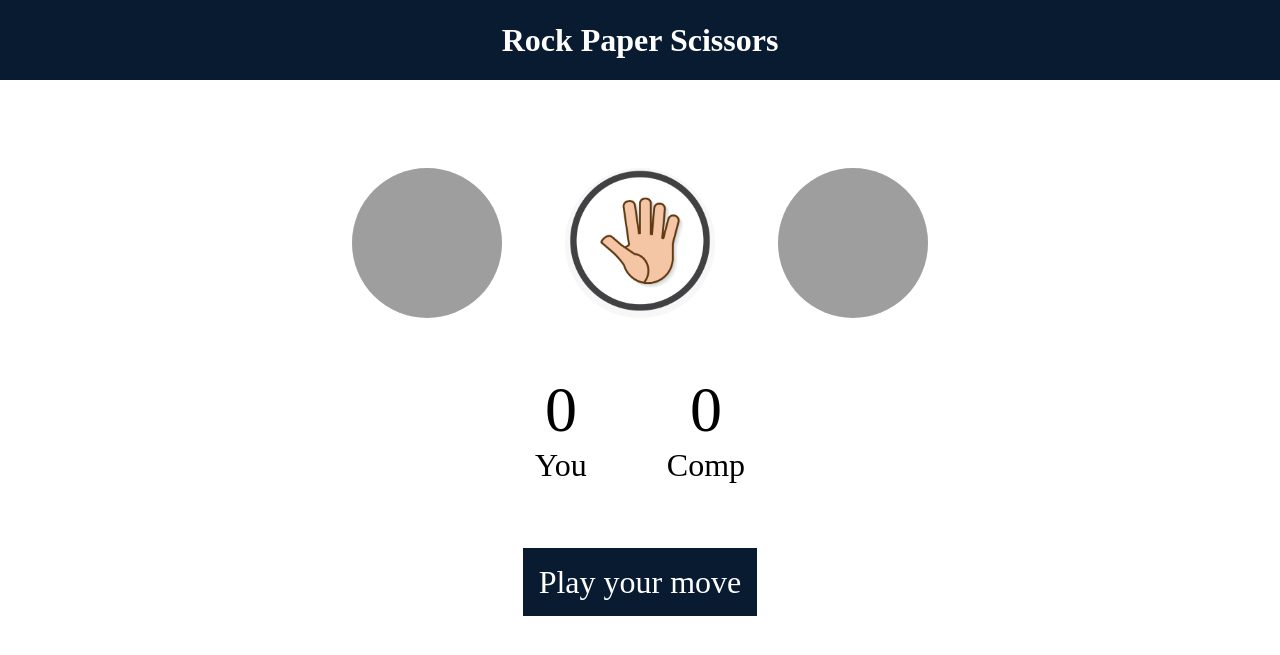
Repository: Mahanandapadavale123/Game
Page: index.html
An editor plug-in stored every save of this project. The page is shown before and after the next save, followed by the edit.
The browser window is 1280 px wide. The pictures show the whole page.
Pictures or frames that could not be fetched are drawn as grey boxes.

Above is the page before, as saved 2025-04-03 11:05:00.

### index.html
<!DOCTYPE html>
<html lang="en">
  <head>
    <meta charset="UTF-8" />
    <meta name="viewport" content="width=device-width, initial-scale=1.0" />
    <title>Rock Paper Scissors Game</title>
    <link rel="stylesheet" href="style.css" />
  </head>
  <body>
    <h1>Rock Paper Scissors</h1>
    <div class="choices">
      <div class="choice" id="rock">
        <img src="D:\Projects\Game\rock.png" />
      </div>
      <div class="choice" id="paper">
        <img src="./images/paper.png" />
      </div>
      <div class="choice" id="scissors">
        <img src="D:\Projects\Game\scissors.png" />
      </div>
    </div>

    <div class="score-board">
      <div class="score">
        <p id="user-score">0</p>
        <p>You</p>
      </div>
      <div class="score">
        <p id="comp-score">0</p>
        <p>Comp</p>
      </div>
    </div>

    <div class="msg-container">
      <p id="msg">Play your move</p>
    </div>
    <script src="app.js"></script>
  </body>
</html>

### style.css
* {
    margin: 0;
    padding: 0;
    text-align: center;
  }

  h1 {
    background-color: #081b31;
    color: #fff;
    height: 5rem;
    line-height: 5rem;
  }

  .choice {
    height: 165px;
    width: 165px;
    border-radius: 50%;
    display: flex;
    justify-content: center;
    align-items: center;
  }

  .choice:hover {
    cursor: pointer;
    background-color: #081b31;
  }

  img {
    height: 150px;
    width: 150px;
    object-fit: cover;
    border-radius: 50%;
  }

  .choices {
    display: flex;
    justify-content: center;
    align-items: center;
    gap: 3rem;
    margin-top: 5rem;
  }

  .score-board {
    display: flex;
    justify-content: center;
    align-items: center;
    font-size: 2rem;
    margin-top: 3rem;
    gap: 5rem;
  }

  #user-score,
  #comp-score {
    font-size: 4rem;
  }

  .msg-container {
    margin-top: 5rem;
  }

  #msg {
    background-color: #081b31;
    color: #fff;
    font-size: 2rem;
    display: inline;
    padding: 1rem;
    border-radius: 1rem;
  }

### app.js
let userScore = 0;
let compScore = 0;

const choices = document.querySelectorAll(".choice");
const msg = document.querySelector("#msg");

const userScorePara = document.querySelector("#user-score");
const compScorePara = document.querySelector("#comp-score");

const genCompChoice = () => {
  const options = ["rock", "paper", "scissors"];
  const randIdx = Math.floor(Math.random() * 3);
  return options[randIdx];
};

const drawGame = () => {
  msg.innerText = "Game was Draw. Play again.";
  msg.style.backgroundColor = "#081b31";
};

const showWinner = (userWin, userChoice, compChoice) => {
  if (userWin) {
    userScore++;
    userScorePara.innerText = userScore;
    msg.innerText = `You win! Your ${userChoice} beats ${compChoice}`;
    msg.style.backgroundColor = "green";
  } else {
    compScore++;
    compScorePara.innerText = compScore;
    msg.innerText =` You lost. ${compChoice} beats your ${userChoice}`;
    msg.style.backgroundColor = "red";
  }
};

const playGame = (userChoice) => {
  //Generate computer choice
  const compChoice = genCompChoice();

  if (userChoice === compChoice) {
    //Draw Game
    drawGame();
  } else {
    let userWin = true;
    if (userChoice === "rock") {
      //scissors, paper
      userWin = compChoice === "paper" ? false : true;
    } else if (userChoice === "paper") {
      //rock, scissors
      userWin = compChoice === "scissors" ? false : true;
    } else {
      //rock, paper
      userWin = compChoice === "rock" ? false : true;
    }
    showWinner(userWin, userChoice, compChoice);
  }
};

choices.forEach((choice) => {
  choice.addEventListener("click", () => {
    const userChoice = choice.getAttribute("id");
    playGame(userChoice);
});
});

After the next save:
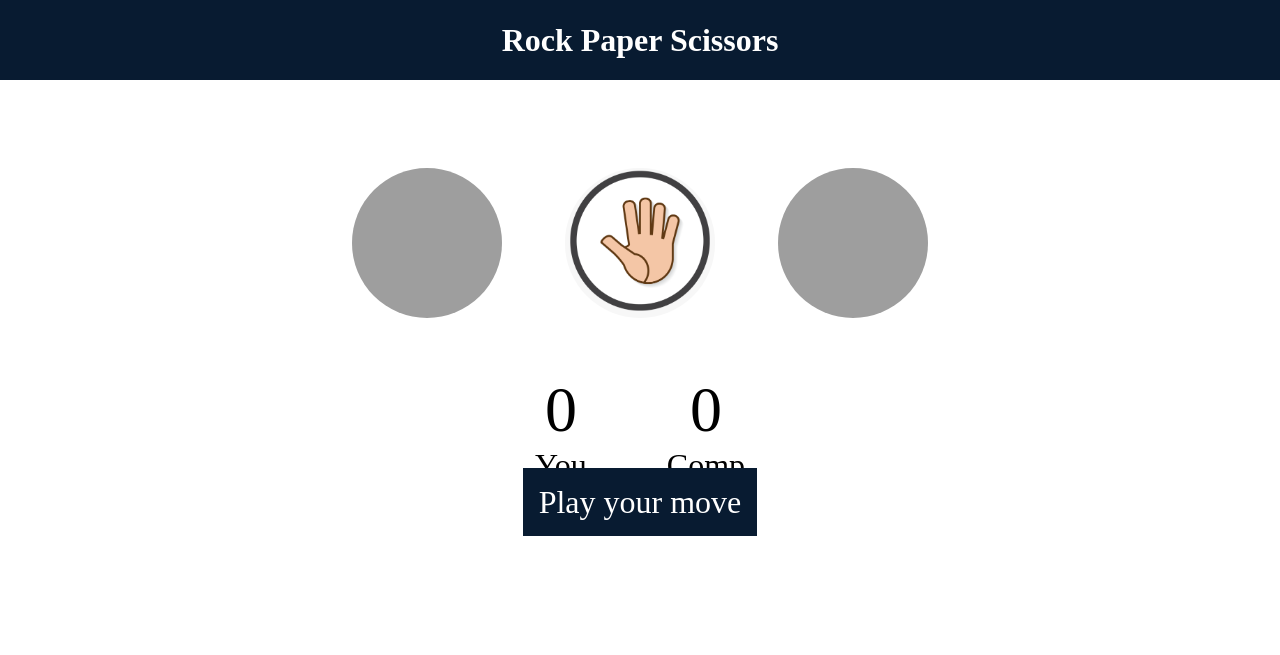
Saved 82 s later.
--- a/style.css
+++ b/style.css
@@ -54,7 +54,8 @@
     font-size: 4rem;
   }
 
-  .msg-container {
+  .msg-container:hover{
+    cursor: pointer;
     margin-top: 5rem;
   }
 

After the save that followed:
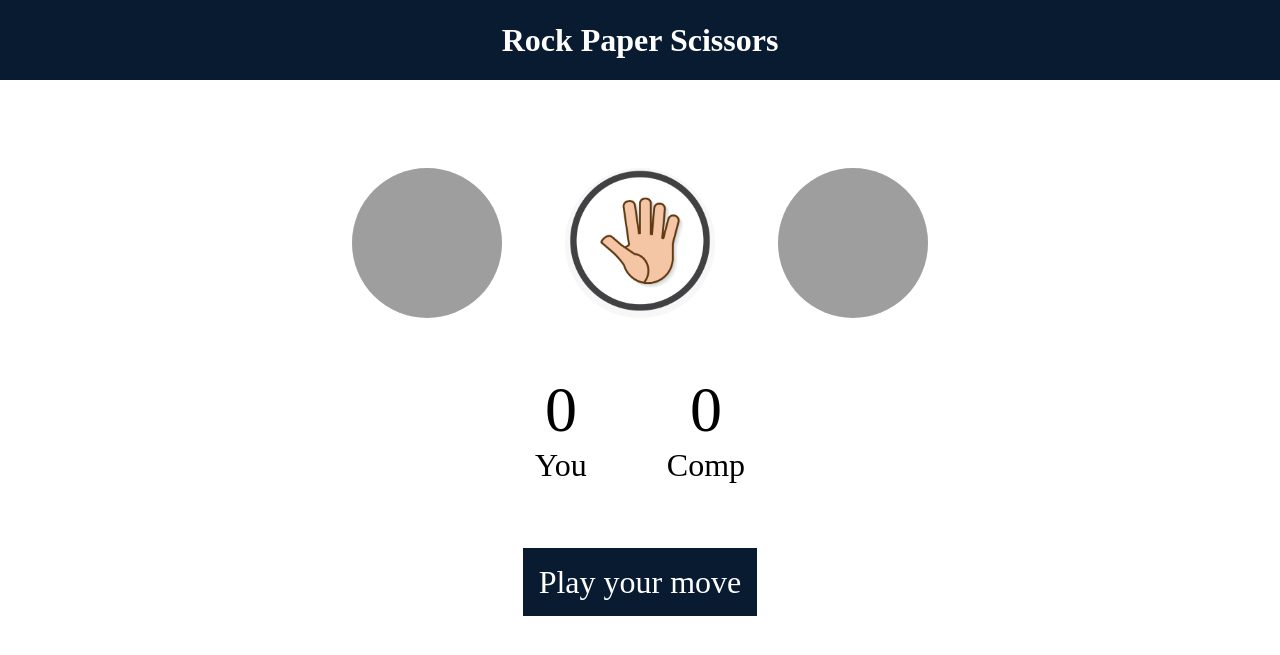
Saved 42 s later.
--- a/style.css
+++ b/style.css
@@ -54,8 +54,7 @@
     font-size: 4rem;
   }
 
-  .msg-container:hover{
-    cursor: pointer;
+  .msg-container {
     margin-top: 5rem;
   }
 
@@ -67,3 +66,6 @@
     padding: 1rem;
     border-radius: 1rem;
   }
+  .msg-container:hover {
+    cursor: pointer;
+  }
